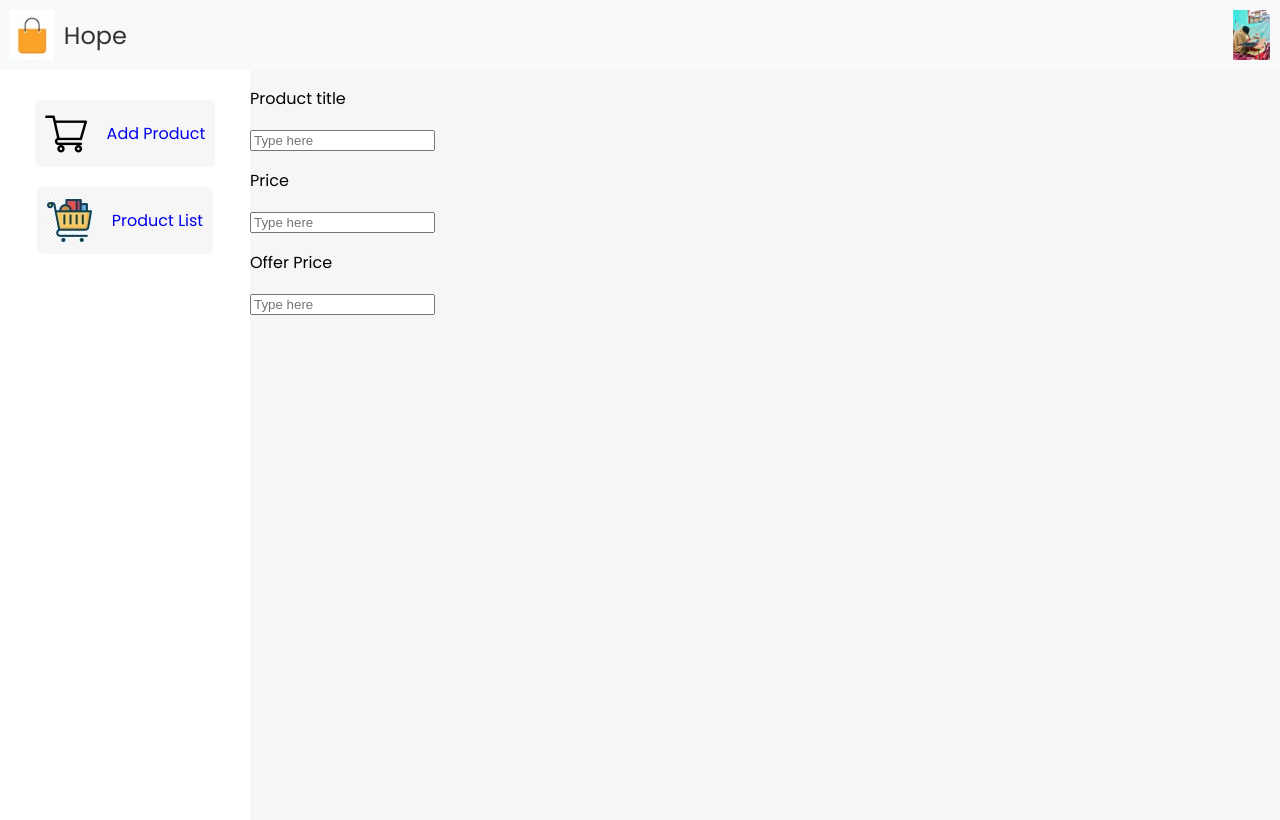
Repository: ititiu20201/Shopping-Online
Page: /addproduct (app in admin/)
The author's editor kept a copy of each file at every save. The page is drawn from the files as they stood at one save, then again after the next save.
The browser window is 1280 px wide. The pictures show the whole page.
The project was rebuilt for these pictures with package versions that can differ from the ones it lists, and the page was loaded fresh each time. Also part of the build but not shown: Admin/vite.config.js, admin/src/Components/Addproduct/Addproduct.css, admin/src/Components/Listproduct/Listproduct.css, admin/src/Components/Listproduct/Listproduct.jsx.

Above is the page before, as saved 2024-06-18 21:33:11.

### admin/index.html
<!DOCTYPE html>
<html lang="en">
  <head>
    <meta charset="UTF-8" />
    <link rel="icon" type="image/svg+xml" href="/vite.svg" />
    <link rel="preconnect" href="https://fonts.googleapis.com" />
    <link rel="preconnect" href="https://fonts.gstatic.com" crossorigin />
    <link
      href="https://fonts.googleapis.com/css2?family=Poppins&display=swap"
      rel="stylesheet"
    />
    <meta name="viewport" content="width=device-width, initial-scale=1.0" />
    <title>Admin Panel</title>
  </head>
  <body>
    <div id="root"></div>
    <script type="module" src="/src/main.jsx"></script>
  </body>
</html>

### admin/src/App.jsx
// import { useState } from 'react'
// import reactLogo from './assets/react.svg'
// import viteLogo from '/vite.svg'
// import './App.css'
//import React from 'react'
import Navbar from "./Components/Navbar/Navbar";
import Admin from "./Pages/Admin/Admin";

const App = () => {
  return (
    <div>
      <Navbar />
      <Admin />
    </div>
  );
};
export default App;

### admin/src/index.css
body {
  margin: 0;
  font-family: "Poppins";
  background-color: #f6f6f6;
  height: 100vh;
}

### admin/src/Components/Navbar/Navbar.jsx
import "./Navbar.css";
import navlogo from "../../assets/Screenshot 2024-06-18 at 18.22.25.jpg";
import navProfile from "../../assets/Huy ngu.jpg";

const Navbar = () => {
  return (
    <div className="navbar">
      <img src={navlogo} alt="Logo" className="nav-logo" />
      <p>Hope</p>
      <img src={navProfile} alt="Profile" className="nav-profile" />
    </div>
  );
};

export default Navbar;

### admin/src/Pages/Admin/Admin.jsx
import "./Admin.css";
import Sidebar from "../../Components/Sidebar/Sidebar";
import { Routes, Route } from "react-router-dom";
import Addproduct from "../../Components/Addproduct/Addproduct";
import Listproduct from "../../Components/Listproduct/Listproduct";

const Admin = () => {
  return (
    <div className="admin">
      <Sidebar />
      <Routes>
        <Route path="/addproduct" element={<Addproduct />} />
        <Route path="/listproduct" element={<Listproduct />} />
      </Routes>
    </div>
  );
};
export default Admin;

### admin/src/Components/Navbar/Navbar.css
.navbar {
  display: flex;
  align-items: center;
  padding: 10px;
  background-color: #f8f9fa;
}

.nav-logo {
  height: 50px;
  margin-right: 10px;
}

.nav-profile {
  height: 50px;
  margin-left: auto;
}

.navbar p {
  margin: 0;
  font-size: 1.5em;
  color: #333;
}

@media (max-width: 800px) {
  .navbar {
    padding: 15px 30px;
  }

  .nav-logo {
    width: 150px;
  }

  .nav-profile {
    width: 60px;
  }
}

### admin/src/Components/Sidebar/Sidebar.jsx
import "./Sidebar.css";
import { Link } from "react-router-dom";
import add_Product_icon from "../../assets/cart_icon.png";
import list_product_icon from "../../assets/png-clipart-computer-icons-online-shopping-shopping-cart-service-shopping-cart-icon-text-service-thumbnail (2).jpg";

const Sidebar = () => {
  return (
    <div className="sidebar">
      <Link to={"/addproduct"} style={{ textDecoration: "none" }}>
        <div className="sidebar-item">
          <img src={add_Product_icon} alt="" />
          <p>Add Product</p>
        </div>
      </Link>
      <Link to={"/listproduct"} style={{ textDecoration: "none" }}>
        <div className="sidebar-item">
          <img src={list_product_icon} alt="" />
          <p>Product List</p>
        </div>
      </Link>
    </div>
  );
};
export default Sidebar;

### admin/src/Components/Addproduct/Addproduct.jsx
import "./Addproduct.css";

const Addproduct = () => {
  return (
    <div className="add-product">
      <div className="addproduct-itemfield">
        <p>Product title</p>
        <input type="text" name="name" placeholder="Type here" />
      </div>
      <div className="addproduct-price">
        <div className="addproduct-itemfield">
          <p>Price</p>
          <input type="text" name="old_price" placeholder="Type here" />
        </div>
        <div className="addproduct-itemfield">
          <p>Offer Price</p>
          <input type="text" name="new_price" placeholder="Type here" />
        </div>
      </div>
    </div>
  );
};

export default Addproduct;

### admin/src/Components/Sidebar/Sidebar.css
.sidebar {
  display: flex;
  flex-direction: column;
  padding-top: 30px;
  gap: 20px;
  width: 100%;
  max-width: 250px;
  height: 100vh;
  background: white;
}
.sidebar-item {
  display: flex;
  align-items: center;
  justify-self: center;
  margin: 0px 20px;
  padding: 5px 10px;
  border-radius: 6px;
  background: #f6f6f6;
  gap: 20px;
  cursor: pointer;
}
@media (max-width: 800px) {
  .sidebar {
    padding: 30px 0px;
    flex-direction: row;
    width: 100%;
    max-width: none;
    height: auto;
    justify-content: center;
  }
}

Loaded but not shown: admin/src/main.jsx (common file); admin/src/Pages/Admin/Admin.css (common file)

After the next save:
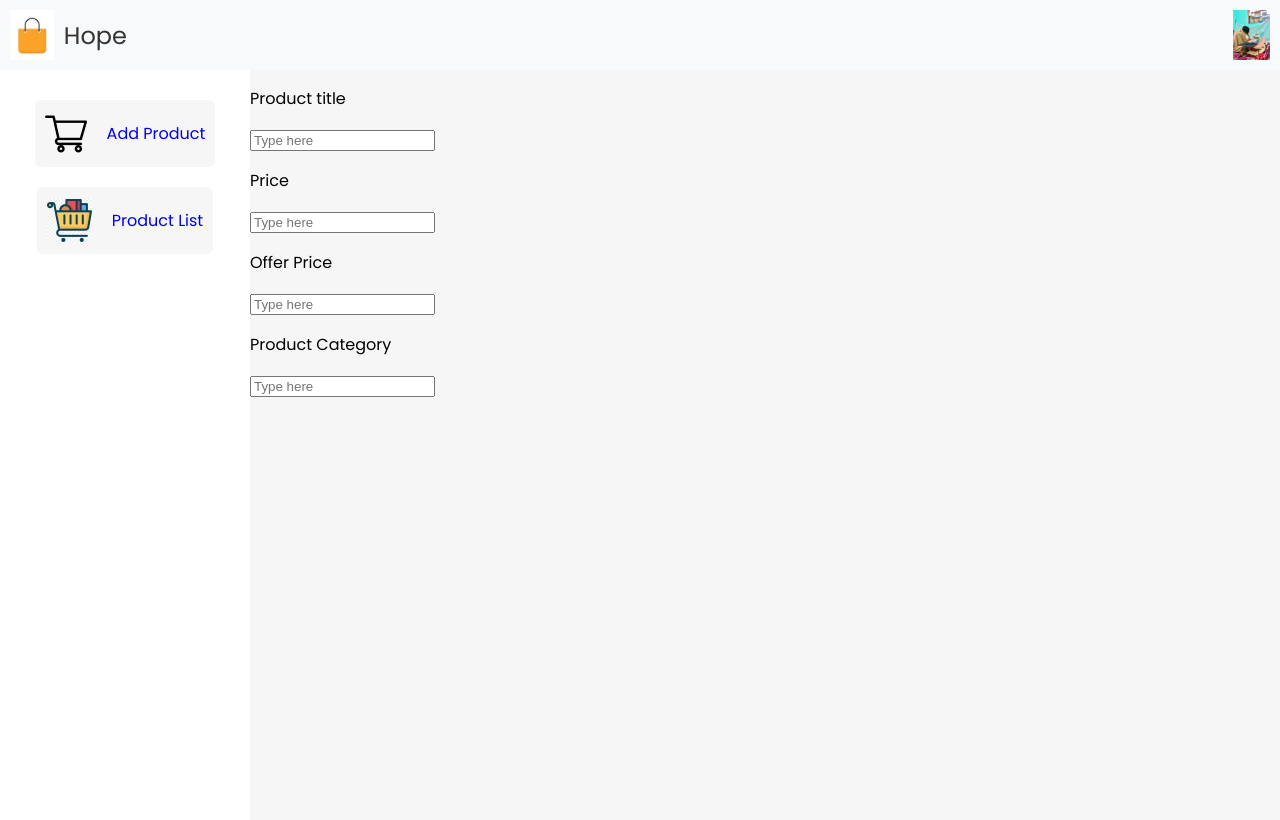
Saved 63 s later.
--- a/admin/src/Components/Addproduct/Addproduct.jsx
+++ b/admin/src/Components/Addproduct/Addproduct.jsx
@@ -17,6 +17,10 @@ const Addproduct = () => {
           <input type="text" name="new_price" placeholder="Type here" />
         </div>
       </div>
+      <div className="addproduct-itemfield">
+        <p>Product Category</p>
+        <input type="text" name="new_price" placeholder="Type here" />
+      </div>
     </div>
   );
 };
